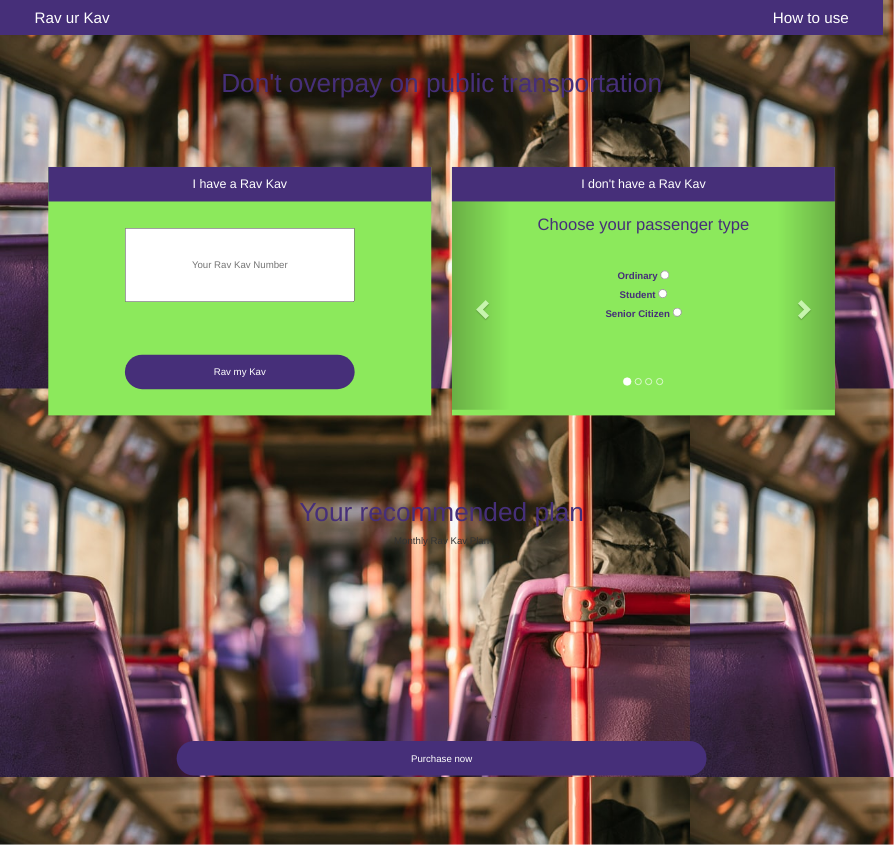
Repository: Louhla/Rav-ur-Kav
Page: index.html
An editor plug-in stored every save of this project. The page is shown before and after the next save, followed by the edit.
The browser window is 1280 px wide. The page is 1295 px wide, so the pictures cover 1295 px, including what lies to the right of the window. The pictures show the whole page, at 69% of full size.

Above is the page before, as saved 2019-07-17 21:12:56.

### index.html
<!DOCTYPE html>
<html lang="en">

<head>
    <meta charset="utf-8">
    <meta name="viewport" content="width=device-width, initial-scale=1">
    <link rel="stylesheet" href="https://maxcdn.bootstrapcdn.com/bootstrap/3.4.0/css/bootstrap.min.css">
    <script src="https://ajax.googleapis.com/ajax/libs/jquery/3.4.1/jquery.min.js"></script>
    <script src="https://maxcdn.bootstrapcdn.com/bootstrap/3.4.0/js/bootstrap.min.js"></script>
    <link rel="stylesheet" type="text/css" href="./css/rav-ur-kav.css">
    <title>Rav ur kav - Public Transport Calculator</title>
    <meta name="description" content="Get the best rate for your Rav Kav according to your commute">
</head>

<body>
    <div id="modal-wrapper">
        <div class="modal">
            <div class="modal-content">
                <h1>How to Rav my Kav:</h1>
                <h3>Lorem ipsum dolor sit, amet consectetur adipisicing elit. Nam, velit. Impedit non consequatur
                    corporis tempore hic natus repudiandae veritatis voluptates pariatur numquam? Libero illo suscipit
                    cum vitae. Quam, ex in!</h3>
                <h3>Lorem ipsum dolor sit amet consectetur adipisicing elit. Distinctio, sint. Eius adipisci tenetur
                    dolore quis rem eos expedita error officia. Maiores dolore maxime enim ut quos dolorem nesciunt ea
                    pariatur?</h3>
            </div>
            <br>
            <div id="button-box">
                <button class="my-button" id="close">Close</button>
            </div>
        </div>
    </div>
    <div id="root"></div>
    <heading class="header">
        <div class="logo">Rav ur Kav
        </div>
        <div id="how-to">How to use
        </div>
    </heading>

    <div class="container">
        <div class="row">
            <div class="col-md-12">
                <h1>Don't overpay on public transportation</h1>
            </div>
        </div>
        <div class="row">
            <div class="col-md-6">
                <div class="existing-user">
                    <h4>I have a Rav Kav</h4>
                    <input id="rav-kav-number" type=text placeholder="Your Rav Kav Number"></input>
                    <button id="rav-kav-number-button"><a href="#">Rav my Kav</a></button>
                </div>
            </div>
            <div class="col-md-6">
                <div class="new-user">
                    <h4>I don't have a Rav Kav</h4>
                    <div id="myCarousel" class="carousel slide" data-ride="carousel">
                        <!-- Indicators -->
                        <ol class="carousel-indicators">
                            <li data-target="#myCarousel" data-slide-to="0" class="active"></li>
                            <li data-target="#myCarousel" data-slide-to="1"></li>
                            <li data-target="#myCarousel" data-slide-to="2"></li>
                            <li data-target="#myCarousel" data-slide-to="3"></li>
                        </ol>

                        <!-- Wrapper for slides -->
                        <div class="carousel-inner">
                            <div class="item active">
                                <h3>Choose your passenger type</h3>
                                <form id="passenger-type">
                                    <div>
                                        <label>Ordinary</label>
                                        <input type="radio" name="radio"></input>
                                    </div>
                                    <div>
                                        <label>Student</label>
                                        <input type="radio" name="radio"></input>
                                    </div>
                                    <div>
                                        <label>Senior Citizen</label>
                                        <input type="radio" name="radio"></input>
                                    </div>
                                </form>
                            </div>

                            <div class="item">
                                <h3>Where do you wanna ride?</h3>
                                <form>
                                    <label>Choose a city or several places if you are travelling between cities</label>
                                    <select>
                                        <option selected disabled>City</option>
                                        <option value="low">Tel Aviv</option>
                                        <option value="medium">Jerusalem</option>
                                        <option value="high">Haifa</option>
                                        <option value="high">Rishon Le Zion</option>
                                        <option value="high">Herzlya</option>
                                        <option value="high">Raanana</option>
                                        <option value="high">Netanya</option>
                                        <option value="high">Beit Shemesh</option>
                                    </select>
                                </form>
                            </div>

                            <div class="item">
                                <h3>What's your public transportation?</h3>
                                <table id="driving-pattern">
                                    <tr>
                                        <th>Type</th>
                                        <th>MON</th>
                                        <th>TUE</th>
                                        <th>WED</th>
                                        <th>THU</th>
                                        <th>FRI</th>
                                        <th>SAT</th>
                                        <th>SUN</th>
                                    </tr>
                                    <tr>
                                        <td>City 2 City Bus</td>
                                        <td><input class="rides-per-day" type="number" min="0" max="9"></input></td>
                                        <td><input class="rides-per-day" type="number" min="0" max="9"></input></td>
                                        <td><input class="rides-per-day" type="number" min="0" max="9"></input></td>
                                        <td><input class="rides-per-day" type="number" min="0" max="9"></input></td>
                                        <td><input class="rides-per-day" type="number" ></input></td>
                                        <td><input class="rides-per-day" type="number" min="0" max="9"></input></td>
                                        <td><input class="rides-per-day" type="number" min="0" max="9"></input></td>
                                    </tr>
                                    <tr>
                                        <td>City 2 City Train</td>
                                        <td><input class="rides-per-day" type="number" min="0" max="9"></input></td>
                                        <td><input class="rides-per-day" type="number" min="0" max="9"></input></td>
                                        <td><input class="rides-per-day" type="number" min="0" max="9"></input></td>
                                        <td><input class="rides-per-day" type="number" min="0" max="9"></input></td>
                                        <td><input class="rides-per-day" type="number" min="0" max="9"></input></td>
                                        <td><input class="rides-per-day" type="number" min="0" max="9"></input></td>
                                        <td><input class="rides-per-day" type="number" min="0" max="9"></input></td>
                                    </tr>
                                    <tr>
                                        <td>City Bus</td>
                                        <td><input class="rides-per-day" type="number" min="0" max="9"></input></td>
                                        <td><input class="rides-per-day" type="number" min="0" max="9"></input></td>
                                        <td><input class="rides-per-day" type="number" min="0" max="9"></input></td>
                                        <td><input class="rides-per-day" type="number" min="0" max="9"></input></td>
                                        <td><input class="rides-per-day" type="number" min="0" max="9"></input></td>
                                        <td><input class="rides-per-day" type="number" min="0" max="9"></input></td>
                                        <td><input class="rides-per-day" type="number" min="0" max="9"></input></td>
                                    </tr>
                                </table>
                            </div>
                            <div class="item">
                                <button id="rav-my-kav">Rav my Kav</button>
                            </div>
                        </div>

                        <!-- Left and right controls -->
                        <a class="left carousel-control" href="#myCarousel" data-slide="prev">
                            <span class="glyphicon glyphicon-chevron-left"></span>
                            <span class="sr-only">Previous</span>
                        </a>
                        <a class="right carousel-control" href="#myCarousel" data-slide="next">
                            <span class="glyphicon glyphicon-chevron-right"></span>
                            <span class="sr-only">Next</span>
                        </a>
                    </div>
                </div>
            </div>
        </div>
    </div>
    </div>
    <div class="row">
        <div class="col-md-12 recommended-plan">
            <h2>Your recommended plan</h2>
            <div>
                Monthly Rav Kav Plan
            </div>
            <button id="purchase">Purchase now</button>
        </div>
    </div>
    </div>
    <script type="text/javascript" src="./js/rav-ur-kav.js"></script>
</body>

</html>

### css/rav-ur-kav.css
body {
    margin: 0px;
    padding: 0px;
    background-image: url("/img/bus.jpg");
}
/* Modal START */
#modal-wrapper {
    position: fixed;
    top: 0;
    bottom: 0;
    right: 0;
    left: 0;
    background-color: rgba(0, 0, 0, 0.5);
    z-index: 12345;
    display: none;
}

#modal-wrapper .modal {
    background-color: white;
    width: 90vw;
    height: 90vh;
    position: absolute;
    top: 50%;
    left: 50%;
    transform: translateX(-50%) translateY(-50%);
    border-radius: 5px;
    text-align: center;
    background-image: url('../img/bgm.png');
    background-repeat: no-repeat;
    background-position: center;
    background-size: cover;
    color: white;
    text-shadow: 3px 3px #000000;
    display: flex;
    flex-direction: column;
    align-items: center;
    justify-content: space-evenly;
}

.modal-content {
    background-color: rgba(0, 0, 0, 0.5);
}

.modal-content h1 {
    font-size: 2rem;
    margin-block-start: 0.3rem;
    margin-block-end: 0.3rem;
}

.modal-content h3 {
    font-size: 1rem;
    margin-block-start: 0.5rem;
    margin-block-end: 0.5rem;
}

#button-box {
    width: 70vh;
    display: flex;
    justify-content: flex-end;
}

.my-button {
    color: red;
    background-color: yellow;
    height: 5vh;
    width: 20vh;
    font-size: 4vh;
    text-align: center;
    padding: 0;
}
/* Modal END */

/* Homepage START */
.header{
    display: flex;
    position: fixed;
    z-index: 9;
    justify-content: space-between;
    width: 100%;
    align-items: center;
    box-shadow: 5px;
    background-color: #462F79;
    color: white;
    font-size: 22px;
}
.logo{
    margin: 10px 0px 10px 50px;
}
.how-to{
    margin: 10px 50px 10px 0px;
}
.existing-user{
    background-color: #8CE95C;
    display: flex;
    flex-direction: column;
    text-align: center;
    height: 50vh;
}
.new-user{
    background-color: #8CE95C;
    text-align: center;
    height: 50vh;
}
h1{
    text-align: center;
    margin: 100px;
    color: #8CE95C;
    font-size: 38px;
}
.existing-user > h4, .new-user > h4{
    background-color: #462F79;
    padding: 15px 0px;
    margin: 0px;
    color: white;
}
#rav-kav-number{
    width: 60%;
    margin: auto;
    text-align: center;
}
#rav-kav-number-button, #purchase, #rav-my-kav{
    width: 60%;
    margin: auto;
    height: 50px;
    border-radius: 50px;
    border-style: none;
    color: white;
    background-color: #462F79;
    -webkit-transition: width 0.5s ease-in-out;
    -moz-transition: width 0.5s ease-in-out;
    -ms-transition: width 0.5s ease-in-out;
    transition: width 0.5s ease-in-out;
}
#rav-kav-number-button:hover{
    width: 62%;
}
a{
    cursor:pointer;
    text-decoration: none;
    color: white;
}
a:hover{
    text-decoration: none;
    color: white;
}
#how-to{
    margin: 10px 50px 10px 0px;
    cursor: pointer;
}
.existing-user{
    background-color: #8CE95C;
    display: flex;
    flex-direction: column;
    text-align: center;
    height: 50vh;
}
.new-user{
    background-color: #8CE95C;
    text-align: center;
    height: 50vh;
}
h1{
    text-align: center;
    margin: 100px;
    color: #462F79;
    font-size: 38px;
}
.existing-user > h4, .new-user > h4{
    background-color: #462F79;
    padding: 15px 0px;
    margin: 0px;
    color: white;
}
#rav-kav-number{
    width: 60%;
    height: 30%;
    margin: auto;
    text-align: center;
}
.recommended-plan{
    display: flex;
    align-items :center;
    flex-direction: column;
    margin-top: 100px;
}
.recommended-plan > div{
    height: 300px;
}
h2{
    color: #462F79;
    font-size: 38px;
}
#purchase{
    margin-bottom: 100px;
}
.carousel{
    position: relative;
    height: 84%;
    color: #462F79;
}
#passenger-type{
    display: flex;
    flex-direction: column;
    align-items: center;
    justify-content: space-evenly;
}
label{
    border-radius: 50%;
}
h3{
    margin-bottom: 50px;
}
.rides-per-day{
    width: 30px;
    height: 30px;
}
#driving-pattern{
    margin: auto;
}
/* Homepage END */

### js/rav-ur-kav.js
console.log("step1");

$(document).ready(() => {
    // Globals

    // Modal buttons
    let howToButton = $("#how-to");
    let closeModalButton = $("#close");
    $(closeModalButton).on("click", () => {
      $("#modal-wrapper").toggle();
    });
    $(howToButton).on("click", () => {
      $("#modal-wrapper").toggle();
      console.log('how to')
    });
});
console.log("whats up")



$('#rav-kav-number').on('input', function (event) {
    this.value = this.value.replace(/[^0-9]/g, '');
});

$('.carousel').carousel({
    interval: false
  }).on('slid.bs.carousel', function () {
      curSlide = $('.active');
    if(curSlide.is( ':first-child' )) {
       $('.left').hide();
       return;
    } else {
       $('.left').show();
    }
    if (curSlide.is( ':last-child' )) {
       $('.right').hide();
       return;
    } else {
       $('.right').show();
    }
  });

After the next save:
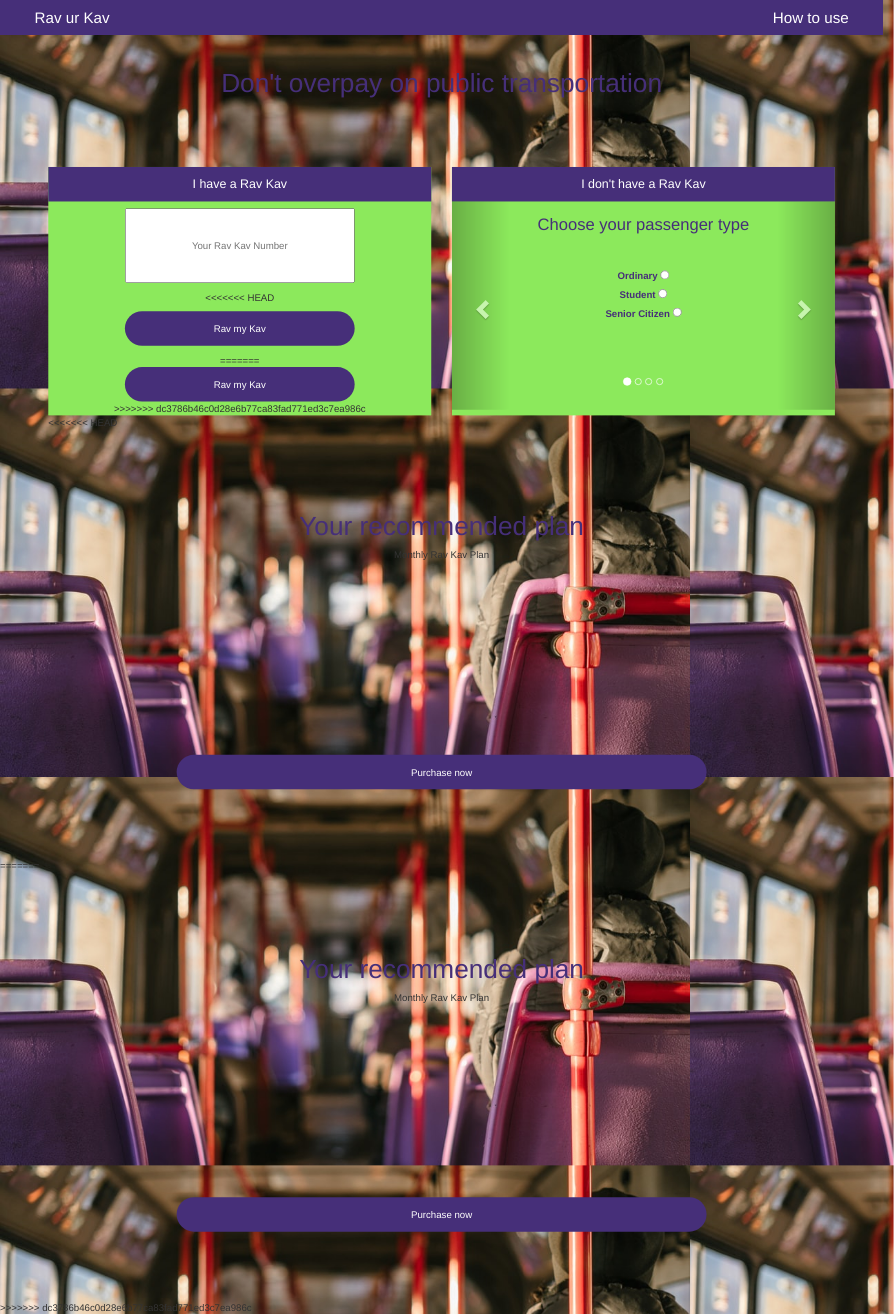
Saved 6 min 5 s later.
--- a/index.html
+++ b/index.html
@@ -15,15 +15,13 @@
 <body>
     <div id="modal-wrapper">
         <div class="modal">
-            <div class="modal-content">
-                <h1>How to Rav my Kav:</h1>
-                <h3>Lorem ipsum dolor sit, amet consectetur adipisicing elit. Nam, velit. Impedit non consequatur
-                    corporis tempore hic natus repudiandae veritatis voluptates pariatur numquam? Libero illo suscipit
-                    cum vitae. Quam, ex in!</h3>
-                <h3>Lorem ipsum dolor sit amet consectetur adipisicing elit. Distinctio, sint. Eius adipisci tenetur
-                    dolore quis rem eos expedita error officia. Maiores dolore maxime enim ut quos dolorem nesciunt ea
-                    pariatur?</h3>
-            </div>
+            <h1>How to get the most our of your Rav Kav:</h1>
+            <h3>For current Rav Kav users:</h3>
+            <h3>Log in with your Rav Kav card number located on the back of your card (bottom right corner)</h3>
+            <h3>Rav ur Kav alanlyzes your commute history and reccomends the best Rav Kav plan that will save you the
+                most money</h3>
+            <h3>Not sure what plan is right for you?</h3>
+            <h3>Use the Rav Kav plan calculator to figure out which plan is right for you</h3>
             <br>
             <div id="button-box">
                 <button class="my-button" id="close">Close</button>
@@ -49,7 +47,13 @@
                 <div class="existing-user">
                     <h4>I have a Rav Kav</h4>
                     <input id="rav-kav-number" type=text placeholder="Your Rav Kav Number"></input>
+<<<<<<< HEAD
                     <button id="rav-kav-number-button"><a href="#">Rav my Kav</a></button>
+=======
+                    <a href="#recommended-plan">
+                        <input type="submit" value="Rav my Kav" id="rav-kav-number-button" />
+                    </a>
+>>>>>>> dc3786b46c0d28e6b77ca83fad771ed3c7ea986c
                 </div>
             </div>
             <div class="col-md-6">
@@ -165,6 +169,7 @@
                 </div>
             </div>
         </div>
+<<<<<<< HEAD
     </div>
     </div>
     <div class="row">
@@ -176,6 +181,17 @@
             <button id="purchase">Purchase now</button>
         </div>
     </div>
+=======
+        <div class="row">
+            <div class="col-md-12 recommended-plan" id="recommended-plan">
+                <h2>Your recommended plan</h2>
+                <div>
+                    Monthly Rav Kav Plan
+                </div>
+                <button id="purchase">Purchase now</button>
+            </div>
+        </div>
+>>>>>>> dc3786b46c0d28e6b77ca83fad771ed3c7ea986c
     </div>
     <script type="text/javascript" src="./js/rav-ur-kav.js"></script>
 </body>
